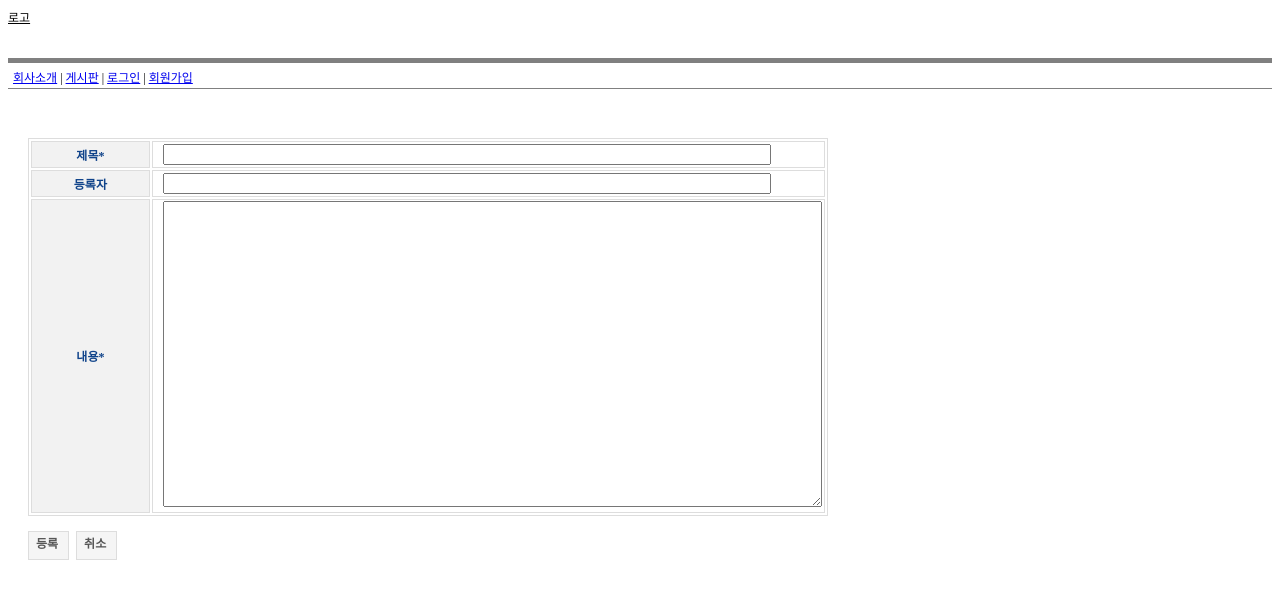
Repository: asaf0813/aisw
Page: http://localhost/model_edu/board/insert.jsp
These files come from the project's save history. The page is drawn as it stood at one moment and after a run of saves; the edit follows.
The browser window is 1280 px wide. The pictures show the whole page.
The page is served by Tomcat 9. Other server files are loaded and not shown.

Above is the page before, as saved 2019-10-04 14:54:54.

### java/이클립스/workspace/model1_2/model_edu/WebContent/board/insert.jsp
<%@ page language="java" contentType="text/html; charset=utf-8" pageEncoding="utf-8"%>
<!doctype html>
<html lang="en">
	<head>
		<meta charset="UTF-8">
		<meta name="Generator" content="EditPlus®">
		<meta name="Author" content="">
		<meta name="Keywords" content="">
		<meta name="Description" content="">
		<title>insert</title>
		<link href="insert.css" rel="stylesheet" type="text/css" >

		<script language="javascript">
			function insert() {
				if(document.frm.title.value == "") {
					alert("제목을 입력해주세요.");
					document.frm.title.focus();
					return;
				} else if(document.frm.name.value == "") {
					alert("이름을 입력해주세요.");
					document.frm.name.focus();
					return;
				} else if(document.frm.content.value == "") {
					alert("내용을 입력해주세요.");
					document.frm.content.focus();
					return;
				} else {
					if(confirm("글을 등록하시겠습니까?")){
						document.frm.submit();
					}
				}
			}
		</script>

	</head>
	<body>

		<div class="header">
			<a href="../main.jsp">로고</a>
		</div>

		<div class="topnavi_ds">
			<div class="topnavi">
				<a href="../intro/intro.jsp">회사소개</a> |
				<a href="../board/list.jsp">게시판</a> |
				<a href="../member/login.jsp">로그인</a> |
				 <a href="../member/join.jsp">회원가입</a>
			</div>
		</div>

		<div class="divide"/>

		<div class="body">
			<form name="frm" action="insert_ok.jsp">
				<div class="modify_user">
					<table>
						<tr>
							<th width="15%" height="23" nowrap >제목*</th>
							<td width="85%"><input type="text" name="title" style="width:600px;"/></td>
						</tr>
						<tr>
							<th width="15%" height="23" nowrap >등록자</th>
							<td width="85%"><input type="text" name="name" style="width:600px;"/></td>
						</tr>
						<tr>
							<th height="23">내용*</th>
							<td width="85%">
								<textarea id="exContents" name="content" title="내용" class="textarea" cols="75" rows="20"  style="width:99%;"></textarea>
							</td>
						</tr>
					</table>
					<br />
					<div class="buttons">
						<a href="javascript:insert();">등록</a>
						<a href="./list.jsp">취소</a>
					</div>
				</div>
			</form>
		</div>

	</body>
</html>

### java/이클립스/workspace/model1_2/model_edu/WebContent/board/insert.css
.header a:hover{color:black;}
.header a{color:black;}

.header{
	width:1000px;
	height:50px;
	float:left;
	font-size: 9pt;
}

.topnavi_ds{
	width:100%;
	height:5px;
	background-color:gray;
	float:left;
}

.topnavi{
	width:1000px; height:30px;
	float:left;
	margin-top:10px;
	margin-left:5px;
	font-size: 9pt;
}

.divide{
	width:100%;
	height:1px;
	float:left;
	margin-top: 25px;
	background-color:gray;
}

.body{
	font-size: 9pt;
	margin-top:50px;
	margin-left:20px;
	width:1000px;
	height:500px;
	float:left;
}

.modify_user table{
	clear:both; width:800px;
	border: 1px solid #dddddd;
    overflow: hidden;
    white-space: nowrap;
}

.modify_user table th {
	background-color:#f2f2f2;
	border:1px solid #dddddd;
    color:#0f438a;
}

.modify_user table td{
	background-color:#ffffff;
	border:1px solid #dddddd;
    color:#0f438a;
    padding-left:10px;
}


/* btn */
.buttons a, .buttons button{

    display:block;
    float:left;
    margin:0 7px 0 0;
    background-color:#f5f5f5;
    border:1px solid #dddddd;
    font-size:9pt;
    line-height:130%;
    text-decoration:none;
    font-weight:bold;
    color:#565656;
    cursor:pointer;
    padding:5px 10px 6px 7px; /* Links */
}

.buttons a:hover{color:#4786AD;}

After the next 2 saves:
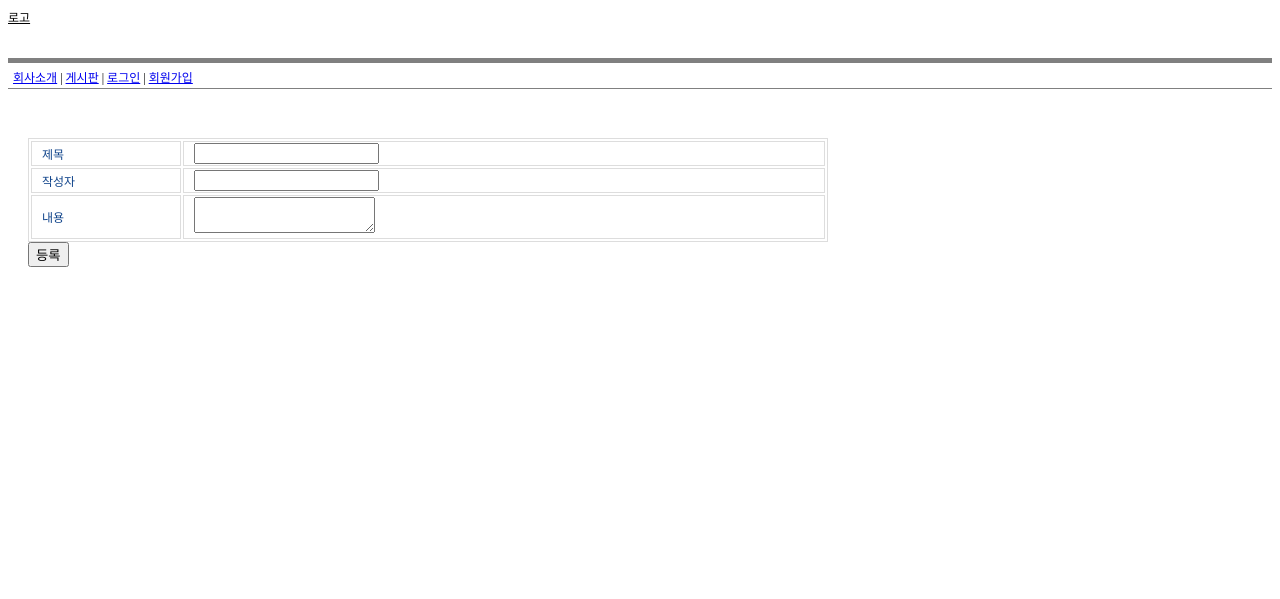
The 2 saves are shown as one change because 1 did not build or start.
The last was saved 5 min 14 s later.
--- a/java/이클립스/workspace/model1_2/model_edu/WebContent/board/insert.jsp
+++ b/java/이클립스/workspace/model1_2/model_edu/WebContent/board/insert.jsp
@@ -51,32 +51,24 @@
 		<div class="divide"/>
 
 		<div class="body">
-			<form name="frm" action="insert_ok.jsp">
+			<form action="/inser_excute.jsp" method="GET">
 				<div class="modify_user">
-					<table>
-						<tr>
-							<th width="15%" height="23" nowrap >제목*</th>
-							<td width="85%"><input type="text" name="title" style="width:600px;"/></td>
-						</tr>
-						<tr>
-							<th width="15%" height="23" nowrap >등록자</th>
-							<td width="85%"><input type="text" name="name" style="width:600px;"/></td>
-						</tr>
-						<tr>
-							<th height="23">내용*</th>
-							<td width="85%">
-								<textarea id="exContents" name="content" title="내용" class="textarea" cols="75" rows="20"  style="width:99%;"></textarea>
-							</td>
-						</tr>
-					</table>
-					<br />
-					<div class="buttons">
-						<a href="javascript:insert();">등록</a>
-						<a href="./list.jsp">취소</a>
-					</div>
+						<table>
+							<tr>
+								<td>제목</td>
+								<td><input type="text" name="title"></td>
+							</tr>
+							<tr>
+								<td>작성자</td>
+								<td><input type="text" name="creater"></td>
+							</tr>
+							<tr>
+								<td>내용</td>
+								<td><textarea name="contents"></textarea></td>
+						</table>
+						<button type="submit">등록</button>
 				</div>
 			</form>
 		</div>
-
 	</body>
 </html>
